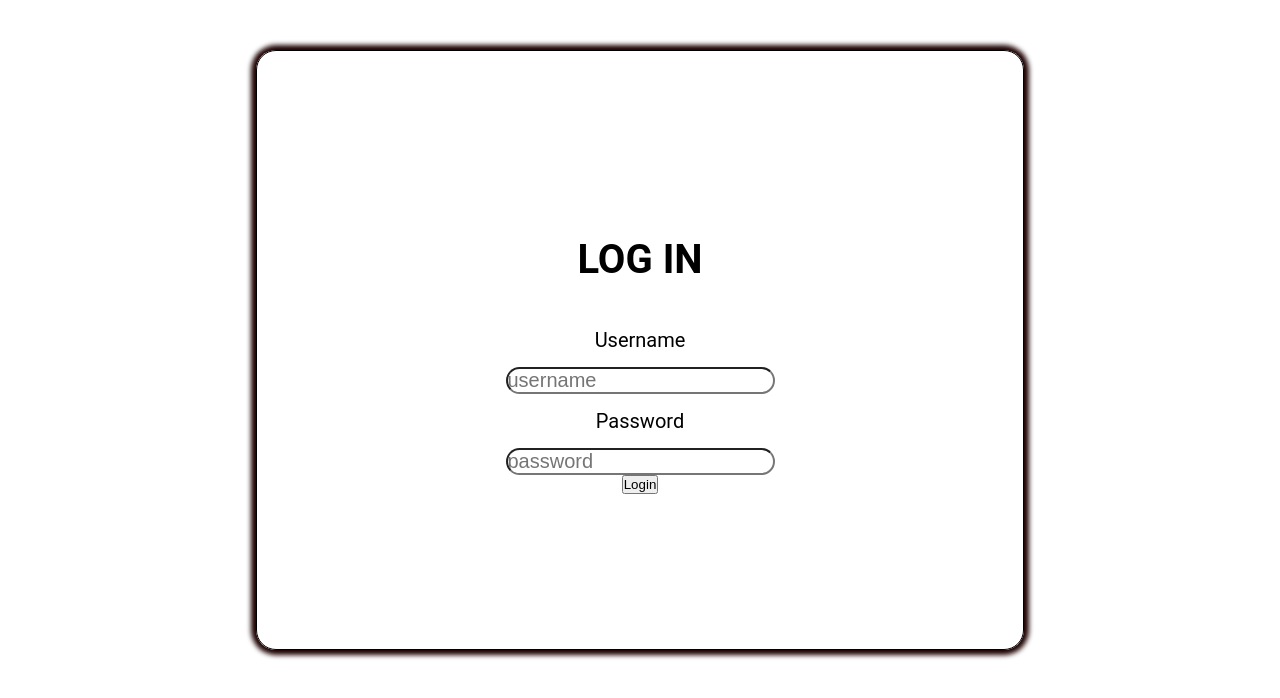
Repository: huyna1707/learning-git
Page: index.html
An editor plug-in stored every save of this project. The page is shown before and after the next save, followed by the edit.
The browser window is 1280 px wide. The pictures show the whole page.

Above is the page before, as saved 2024-08-09 23:25:18.

### index.html
<!DOCTYPE html>
<html>
<head>
    <title>Form Login</title>
    <link rel="stylesheet" href="style.css">
    <script defer src="main.js"></script>
</head>
<body>
    <form action="menu">
        <h4>LOG IN</h4>
        <label for="username">Username</label>
        <input type="text" placeholder="username" id="username">
        <label for="passworld">Password</label>
        <input type="password" placeholder="password" id="password">
        <button type="submit" onclick="login">Login</button>
    </form>
</body>
</html>

### style.css
*{
    margin: 0;
    padding: 0;
    box-sizing: border-box;
}

html{
    font-size: 15px;
    font-family: 'Roboto', sans-serif;
    display: flex;
    justify-content: center;
    align-items: center;
}

form{
    width: 60vw;
    height: 600px;
    display: flex;
    flex-direction: column;
    justify-content: center;
    align-items: center;
    margin-top: 50px;
    border: 1px solid black;
    border-radius: 20px;
    box-shadow: rgb(30, 0, 0) 0 0 5px 5px;
}

form h4{
    font-size: 40px;
    font-weight: 600;
    margin: 30px;;
}
form label{
    font-size : 20px;
    margin: 15px ;
}
form input{
    border-radius: 20px;
    font-size: 20px;
    mar
    box-shadow: rgba(3, 102, 214, 0.3) 0px 0px 0px 3px;
}

### main.js
// window.prompt('What is your name?');

After the next save:
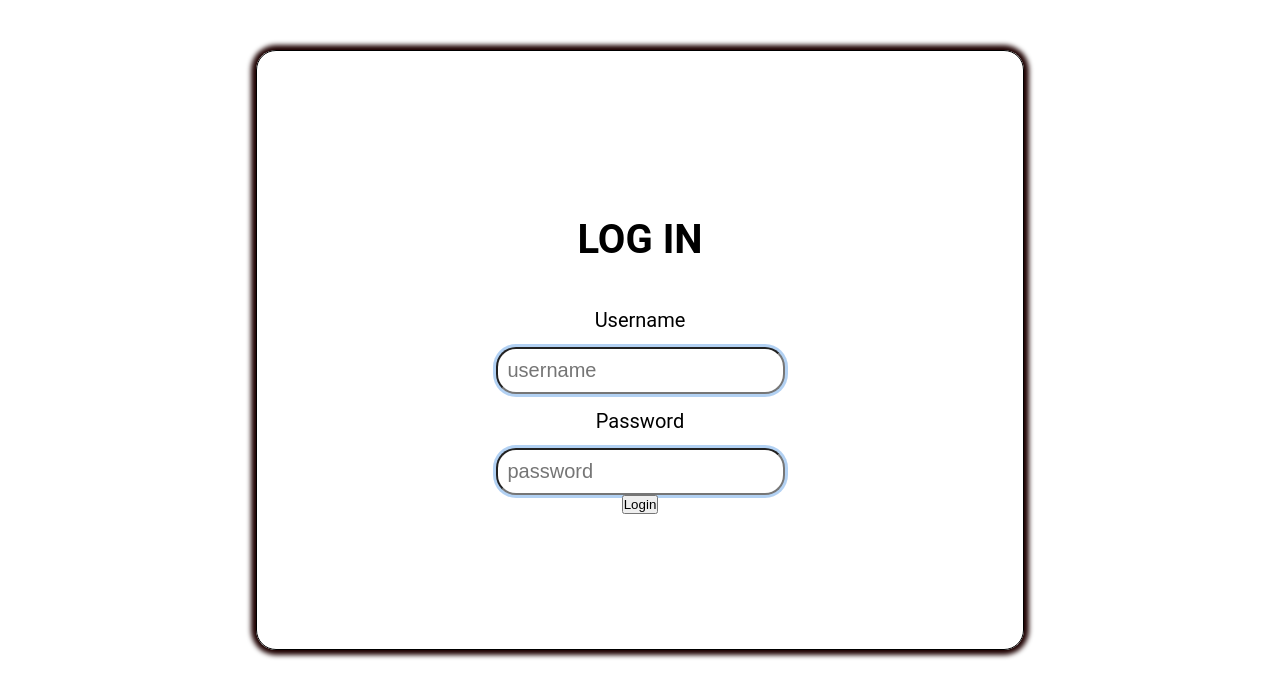
Saved 7 s later.
--- a/style.css
+++ b/style.css
@@ -37,6 +37,6 @@ form label{
 form input{
     border-radius: 20px;
     font-size: 20px;
-    mar
+    padding: 10px;
     box-shadow: rgba(3, 102, 214, 0.3) 0px 0px 0px 3px;
 }
